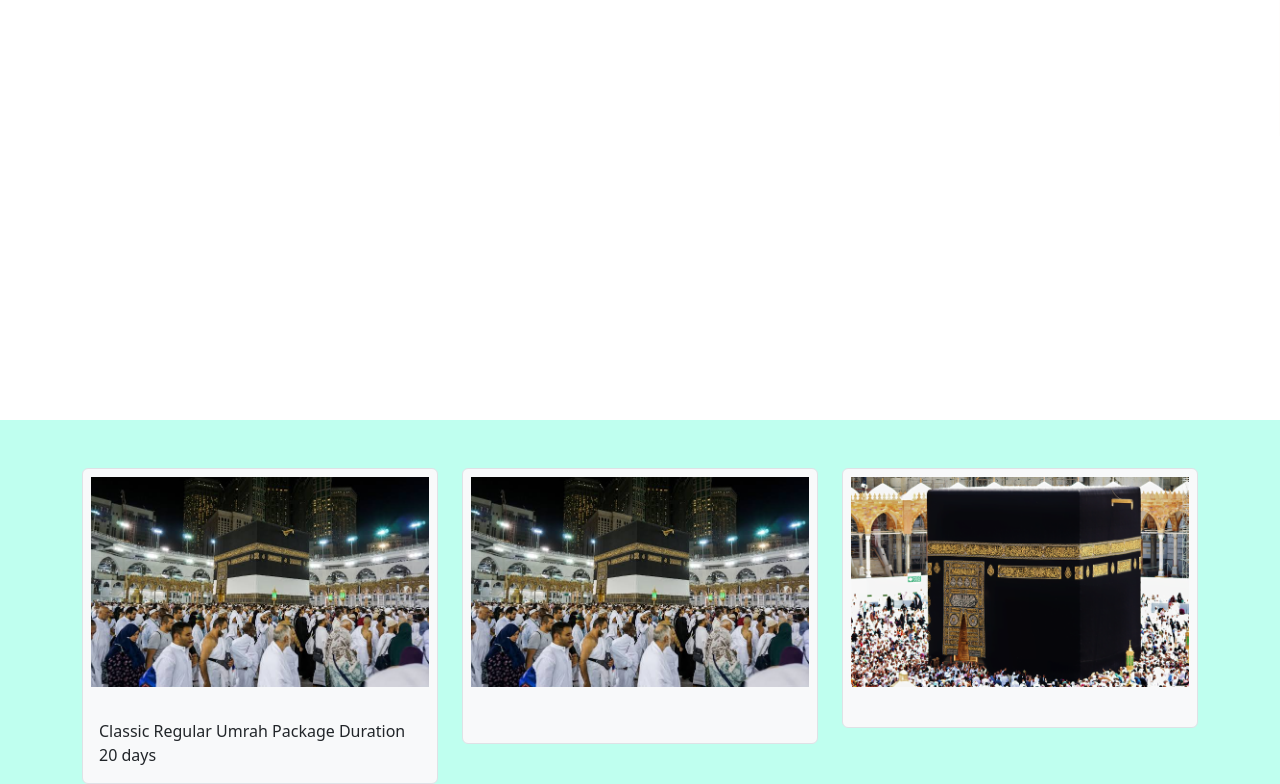
Repository: Putrabobi/Task7
Page: index.html
These files come from the project's save history. The page is drawn as it stood at one moment and after the next save; the edit follows.
The browser window is 1280 px wide. The pictures show the part of the page from y = 2053 to 2837 px (the page is 2837 px tall before and 2797 px after).
A picture or video elsewhere on the page could not be fetched, so the positions and the page height are approximate.

Above is the page before, as saved 2024-03-25 14:04:49.

After the next save:
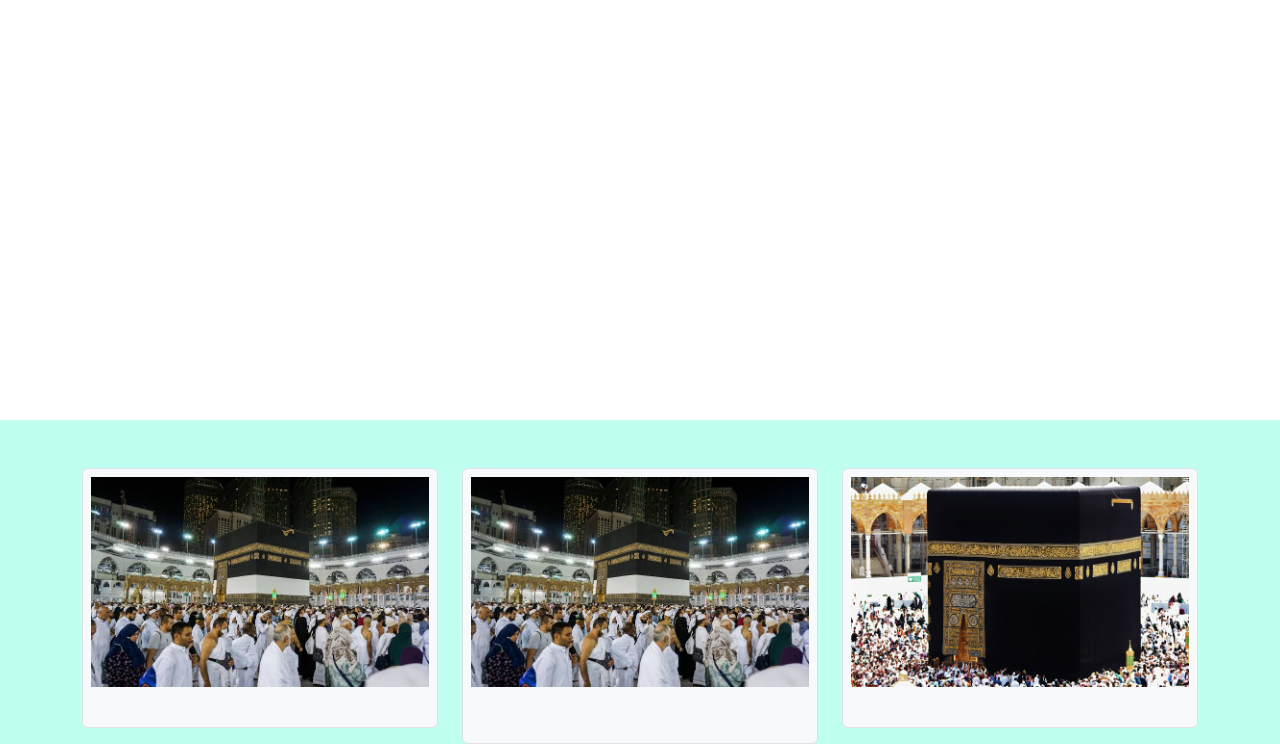
Saved 9 s later.
--- a/index.html
+++ b/index.html
@@ -117,10 +117,6 @@
           <div class="card bg-light text-dark border ">
             <img src="images/mekkah1.jpeg" class="p-2 card-img-top" alt="...">
             <div class="card-body">
-              <h5 class="card-title"></h5>
-              <p class="card-text"> Classic
-                Regular Umrah
-                Package Duration 20 days</p>
             </div>
           </div>
         </di>
